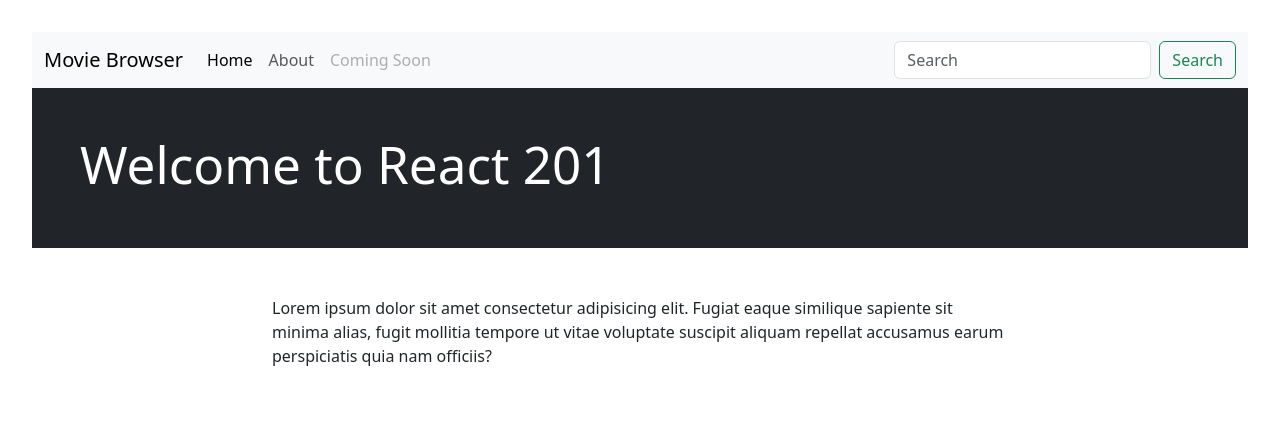
Repository: blordeus/movie-search-browser
Page: / (app in movie-browser/)
The author's editor kept a copy of each file at every save. The page is drawn from the files as they stood at one save, then again after the next save.
The browser window is 1280 px wide. The pictures show the whole page.
The project was rebuilt for these pictures with package versions that can differ from the ones it lists, and the page was loaded fresh each time. Also part of the build but not shown: movie-browser/vite.config.js, movie-browser/src/components/About.jsx.

Above is the page before, as saved 2023-09-03 15:15:01.

After the next save:
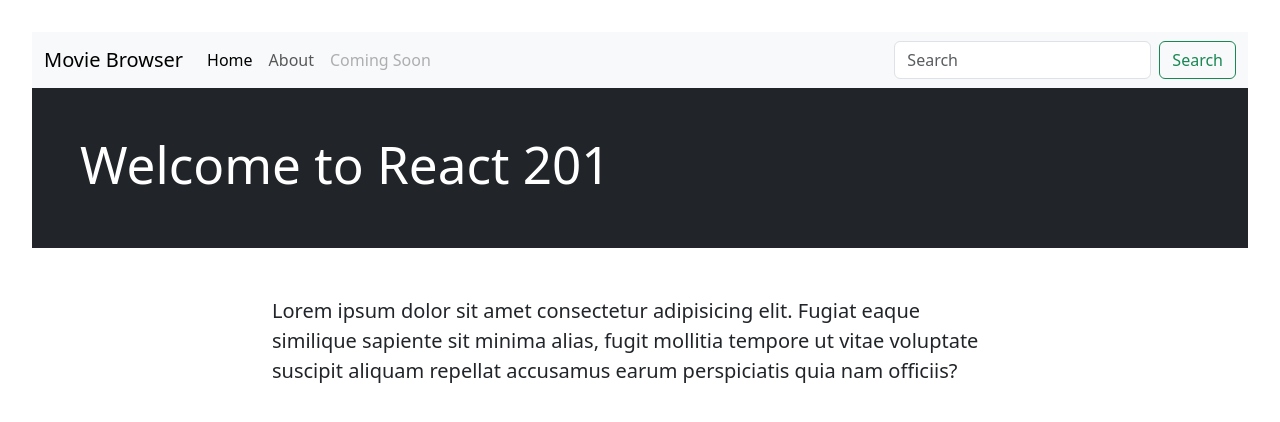
Saved 10 s later.
--- a/movie-browser/src/components/Home.jsx
+++ b/movie-browser/src/components/Home.jsx
@@ -7,7 +7,7 @@
         <div className="container">
           <div className="row">
             <div className="col-lg-8 offset-lg-2 my-5">
-              <p>Lorem ipsum dolor sit amet consectetur adipisicing elit. Fugiat eaque similique sapiente sit minima alias, fugit mollitia tempore ut vitae voluptate suscipit aliquam repellat accusamus earum perspiciatis quia nam officiis?</p>
+              <p className="lead">Lorem ipsum dolor sit amet consectetur adipisicing elit. Fugiat eaque similique sapiente sit minima alias, fugit mollitia tempore ut vitae voluptate suscipit aliquam repellat accusamus earum perspiciatis quia nam officiis?</p>
             </div>
           </div>
         </div>
